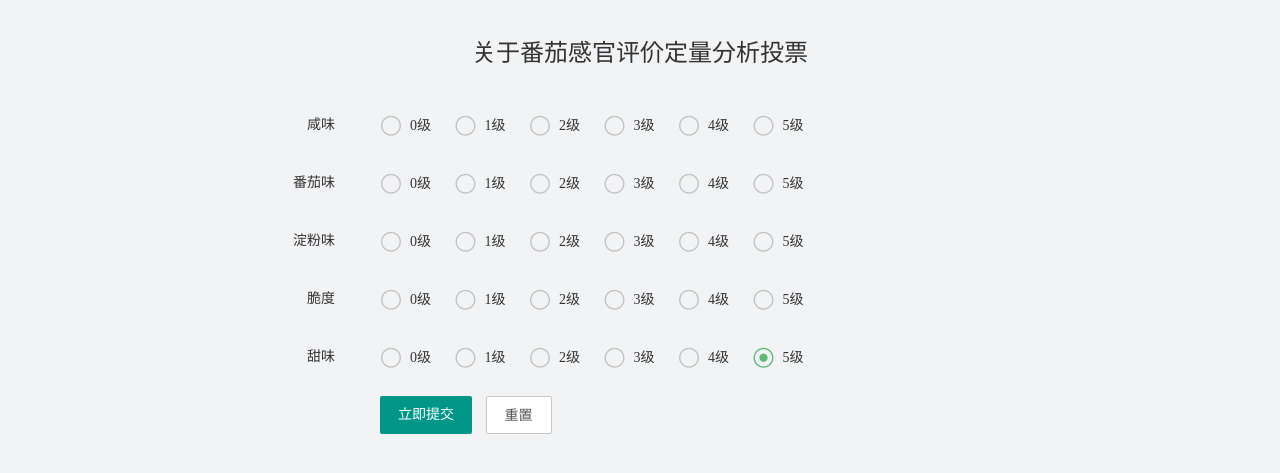
Repository: R1Deemo/vote_system
Page: web/home/toupiao.html
These files come from the project's save history. The page is drawn as it stood at one moment and after the next save; the edit follows.
The browser window is 1280 px wide. The pictures show the whole page.

Above is the page before, as saved 2022-11-07 10:32:06.

### web/home/toupiao.html
<!DOCTYPE html>
<html>

<head>
    <meta charset="UTF-8">
    <meta name="viewport" content="width=device-width, initial-scale=1.0">
    <meta http-equiv="X-UA-Compatible" content="ie=edge">
    <title>图表统计</title>
    <link rel="stylesheet" href="/web/assets/lib/layui/css/layui.css">
    <link rel="stylesheet" href="../../web/assets/lib/bootstrap.css" />
    <link rel="stylesheet" href="../../web/assets/lib/main.css" />
    <script src="../../web/assets/lib/jquery.js"></script>
    <script type="text/javascript" src="../../web/assets/lib/echarts.min.js"></script>
    <style>
        #title {
            text-align: center;
        }

        #tou {
            padding-top: 30px;
            margin-left: 230px;
        }
    </style>
</head>
<!-- 这里使用了一张背景，注释掉了。
<body style="background-image:url(body.jpeg); background-size:100%; background-repeat: no-repeat;">
 -->

<body>
    <div id="main" style="margin:40px ;">
        <div id="title">
            <h3>关于番茄感官评价定量分析投票</h3>
        </div>
        <div id="tou">
            <form class="layui-form" action="">
                <div class="layui-form-item">
                    <label class="layui-form-label">咸味</label>
                    <div class="layui-input-block">
                        <input type="radio" name="sex" value="男" title="0级">
                        <input type="radio" name="sex" value="男" title="1级">
                        <input type="radio" name="sex" value="男" title="2级">
                        <input type="radio" name="sex" value="男" title="3级">
                        <input type="radio" name="sex" value="男" title="4级">
                        <input type="radio" name="sex" value="女" title="5级" checked>
                    </div>
                </div>
                <div class="layui-form-item">
                    <label class="layui-form-label">番茄味</label>
                    <div class="layui-input-block">
                        <input type="radio" name="sex" value="男" title="0级">
                        <input type="radio" name="sex" value="男" title="1级">
                        <input type="radio" name="sex" value="男" title="2级">
                        <input type="radio" name="sex" value="男" title="3级">
                        <input type="radio" name="sex" value="男" title="4级">
                        <input type="radio" name="sex" value="女" title="5级" checked>
                    </div>
                </div>
                <div class="layui-form-item">
                    <label class="layui-form-label">淀粉味</label>
                    <div class="layui-input-block">
                        <input type="radio" name="sex" value="男" title="0级">
                        <input type="radio" name="sex" value="男" title="1级">
                        <input type="radio" name="sex" value="男" title="2级">
                        <input type="radio" name="sex" value="男" title="3级">
                        <input type="radio" name="sex" value="男" title="4级">
                        <input type="radio" name="sex" value="女" title="5级" checked>
                    </div>
                </div>
                <div class="layui-form-item">
                    <label class="layui-form-label">脆度</label>
                    <div class="layui-input-block">
                        <input type="radio" name="sex" value="男" title="0级">
                        <input type="radio" name="sex" value="男" title="1级">
                        <input type="radio" name="sex" value="男" title="2级">
                        <input type="radio" name="sex" value="男" title="3级">
                        <input type="radio" name="sex" value="男" title="4级">
                        <input type="radio" name="sex" value="女" title="5级" checked>
                    </div>
                </div>
                <div class="layui-form-item">
                    <label class="layui-form-label">甜味</label>
                    <div class="layui-input-block">
                        <input type="radio" name="sex" value="男" title="0级">
                        <input type="radio" name="sex" value="男" title="1级">
                        <input type="radio" name="sex" value="男" title="2级">
                        <input type="radio" name="sex" value="男" title="3级">
                        <input type="radio" name="sex" value="男" title="4级">
                        <input type="radio" name="sex" value="女" title="5级" checked>
                    </div>
                </div>


                <div class="layui-form-item">
                    <div class="layui-input-block">
                        <button class="layui-btn" lay-submit lay-filter="formDemo">立即提交</button>
                        <button type="reset" class="layui-btn layui-btn-primary">重置</button>
                    </div>
                </div>
            </form>
        </div>

    </div>
    <!-- <div align="center"><img src="head2.jpg" /></div> -->
    <!-- <div align="center">
        <h4>关于番茄感官评价定量分析投票</h4>
        <table id="main">
            <tr>
                <td>
                    <input type="radio" name="option" checked="checked" />咸味
                </td>
            </tr>
            <tr>
                <td style="width:550px">
                    <div id=0 style="background-color:#acd6ff; width:0; height:20px; border-width:0px;">
                    </div>
                </td>
                <td>
                    <label id="label0">0</label>票
                </td>
            </tr>
            <tr>
                <td>
                    <input type="radio" name="option" />番茄味
                </td>
            </tr>
            <tr>
                <td>
                    <div id=1 style="background-color:#0066cc; height:20px; width:0; border-width:0px; border-color:blue; border-style:solid ; text-align:right;"></div>

                </td>
                <td>
                    <label id="label1">0</label>票
                </td>
            </tr>
            <tr>
                <td>
                    <input type="radio" name="option" />生淀粉味
                </td>
            </tr>
            <tr>
                <td>
                    <div id=2 style="background-color:#ff7575; height:20px;width:0;  border-width:0px; border-color:blue; border-style:solid ; text-align:right;"></div>

                </td>
                <td>
                    <label id="label2">0</label>票
                </td>
            </tr>
            <tr>
                <td>
                    <input type="radio" name="option" />脆
                </td>
            </tr>
            <tr>
                <td>
                    <div id=3 style="background-color:#5cadad;height:20px;width:0; border-width:0px; border-color:blue; border-style:solid ; text-align:right;"></div>

                </td>
                <td>
                    <label id="label3">0</label>票
                </td>
            </tr>
            <tr>
                <td>
                    <input type="radio" name="option" />甜
                </td>
            </tr>
            <tr>
                <td>
                    <div id=3 style="background-color:#5cadad;height:20px;width:0; border-width:0px; border-color:blue; border-style:solid ; text-align:right;"></div>

                </td>
                <td>
                    <label id="label3">0</label>票
                </td>
            </tr>

            <tr>
                <td>
                    <p>
                        <input type="submit" value="确认投票" οnclick="vote()" />
                </td>
            </tr>
        </table>
    </div> -->
    <script src="/web/assets/lib/layui/layui.all.js"></script>
    <script src="/web/assets/lib/jquery.js"></script>
    <script src="/web/assets/js/baseAPI.js"></script>
</body>
<!-- <script type="text/javascript">
    //在每个投票选项后面写了个div，用div的宽度来代表当前该选项的投票数。
    function vote() { //函数vote，当点击确认投票的时候，调用vote方法

        //for循环的条件是，所有投票选项的个数。
        for (var i = 0; i < document.getElementsByName("option").length; i++) {

            //查找到是哪个投票选项被选中
            if (document.getElementsByName("option")[i].checked == true) {
                var width = document.getElementById(i).style.width; //获取到当前选项的宽度。
                width = parseInt(width); //将宽度转化为int型，因为获取到的width的单位是px
                width += 3; //改变width的值，这里就是定义每次投票的进度条的增速
                document.getElementById(i).style.width = width + "px"; //修改原div的宽度

                var label = "label" + i; //lable标签里面写的是当前的投票数目。
                var num = document.getElementById(label).innerText; //获取到当前的票数
                document.getElementById(label).innerText = ++num; //票数加1，并修改原值
            }
        }

        //alert("投票成功");

    }
</script> -->

</html>

### web/assets/js/baseAPI.js
// 注意：每次调用 $.get() 或 $.post() 或 $.ajax() 的时候，
// 会先调用 ajaxPrefilter 这个函数
// 在这个函数中，可以拿到我们给Ajax提供的配置对象
$.ajaxPrefilter(function(options) {
    // 在发起真正的 Ajax 请求之前，统一拼接请求的根路径
    // options.url = 'http://www.liulongbin.top:3007' + options.url
    options.url = 'http://127.0.0.1:1234' + options.url


    // 统一为有权限的接口，设置 headers 请求头
    if (options.url.indexOf('/my/') !== -1) {
        options.headers = {
            Authorization: localStorage.getItem('token') || ''
        }
    }

    // 全局统一挂载 complete 回调函数
    options.complete = function(res) {
        // console.log('执行了 complete 回调：')
        // console.log(res)
        // 在 complete 回调函数中，可以使用 res.responseJSON 拿到服务器响应回来的数据
        if (res.responseJSON.status === 1 && res.responseJSON.message === '身份认证失败！') {
            // 1. 强制清空 token
            localStorage.removeItem('token')
                // 2. 强制跳转到登录页面
            location.href = '/login.html'
        }
    }
})

Loaded but not shown: web/assets/lib/layui/css/layui.css (library); web/assets/lib/bootstrap.css (library); web/assets/lib/main.css (library); web/assets/lib/jquery.js (library); web/assets/lib/echarts.min.js (library); web/assets/lib/layui/layui.all.js (library); web/assets/lib/layui/css/modules/laydate/default/laydate.css (library); web/assets/lib/layui/css/modules/layer/default/layer.css (library); web/assets/lib/layui/css/modules/code.css (common file)

After the next save:
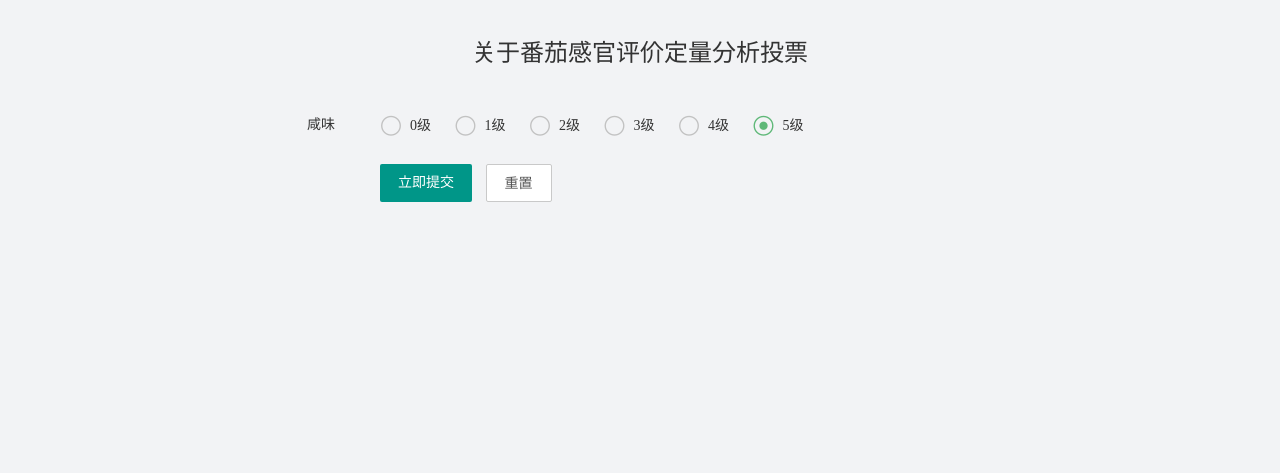
Saved 115 s later.
--- a/web/home/toupiao.html
+++ b/web/home/toupiao.html
@@ -44,7 +44,7 @@
                         <input type="radio" name="sex" value="女" title="5级" checked>
                     </div>
                 </div>
-                <div class="layui-form-item">
+                <!-- <div class="layui-form-item">
                     <label class="layui-form-label">番茄味</label>
                     <div class="layui-input-block">
                         <input type="radio" name="sex" value="男" title="0级">
@@ -87,7 +87,7 @@
                         <input type="radio" name="sex" value="男" title="4级">
                         <input type="radio" name="sex" value="女" title="5级" checked>
                     </div>
-                </div>
+                </div> -->
 
 
                 <div class="layui-form-item">
